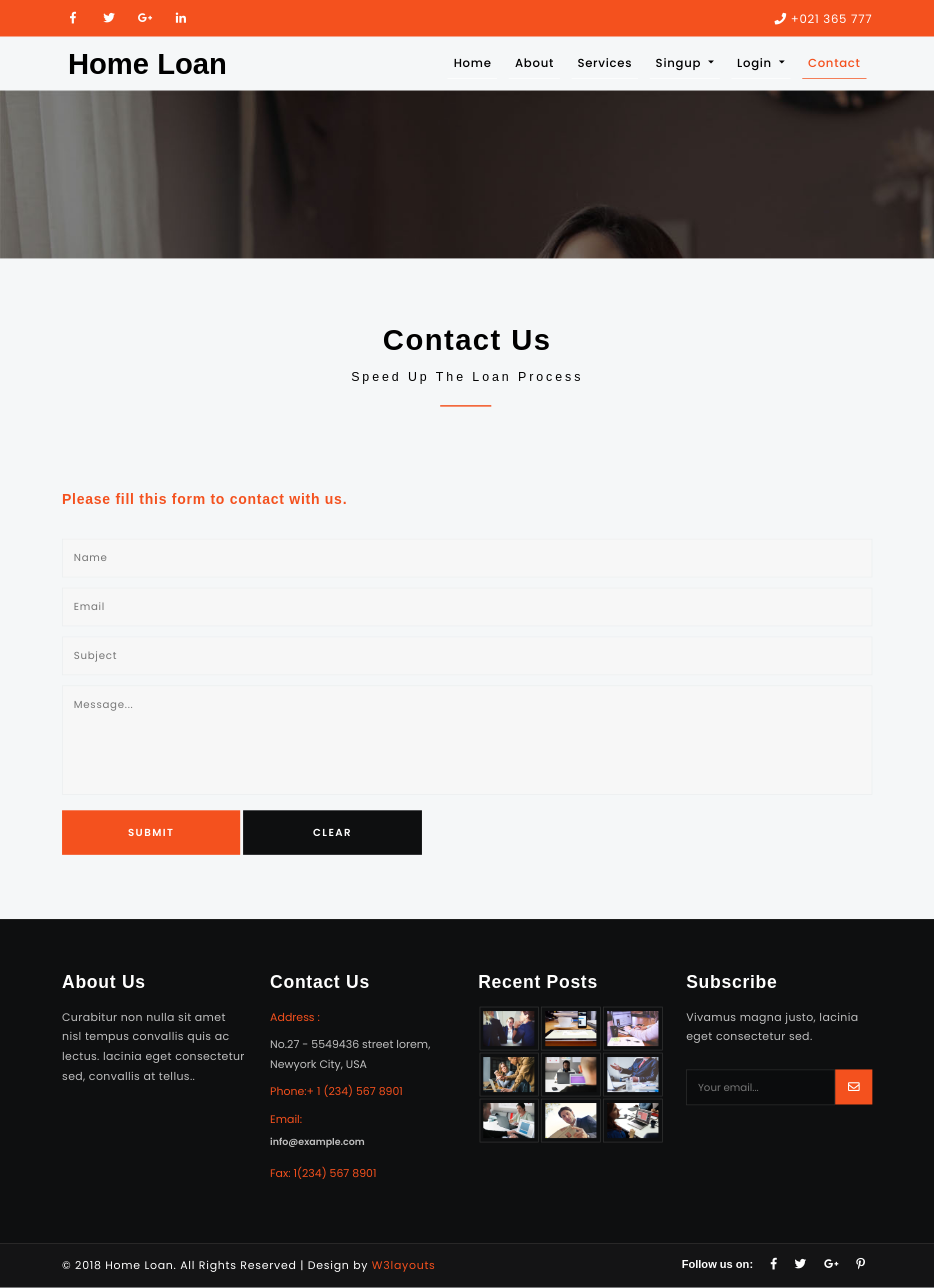
Repository: 72-faisal/Spring-MVC-project
Page: http://localhost/HomeLoan/WEB-INF/views/UserRegister.jsp
These files come from the project's save history. The page is drawn as it stood at one moment and after the next save; the edit follows.
The browser window is 1280 px wide. The pictures show the whole page, at 73% of full size.
Some web fonts or font styles are not loaded; a fallback is used. The page is served by Tomcat 9. Nobody is signed in. The template is opened directly, without the code that normally fills it, so the values that code supplies are empty.

Above is the page before, as saved 2023-12-27 03:55:20.

After the next save:
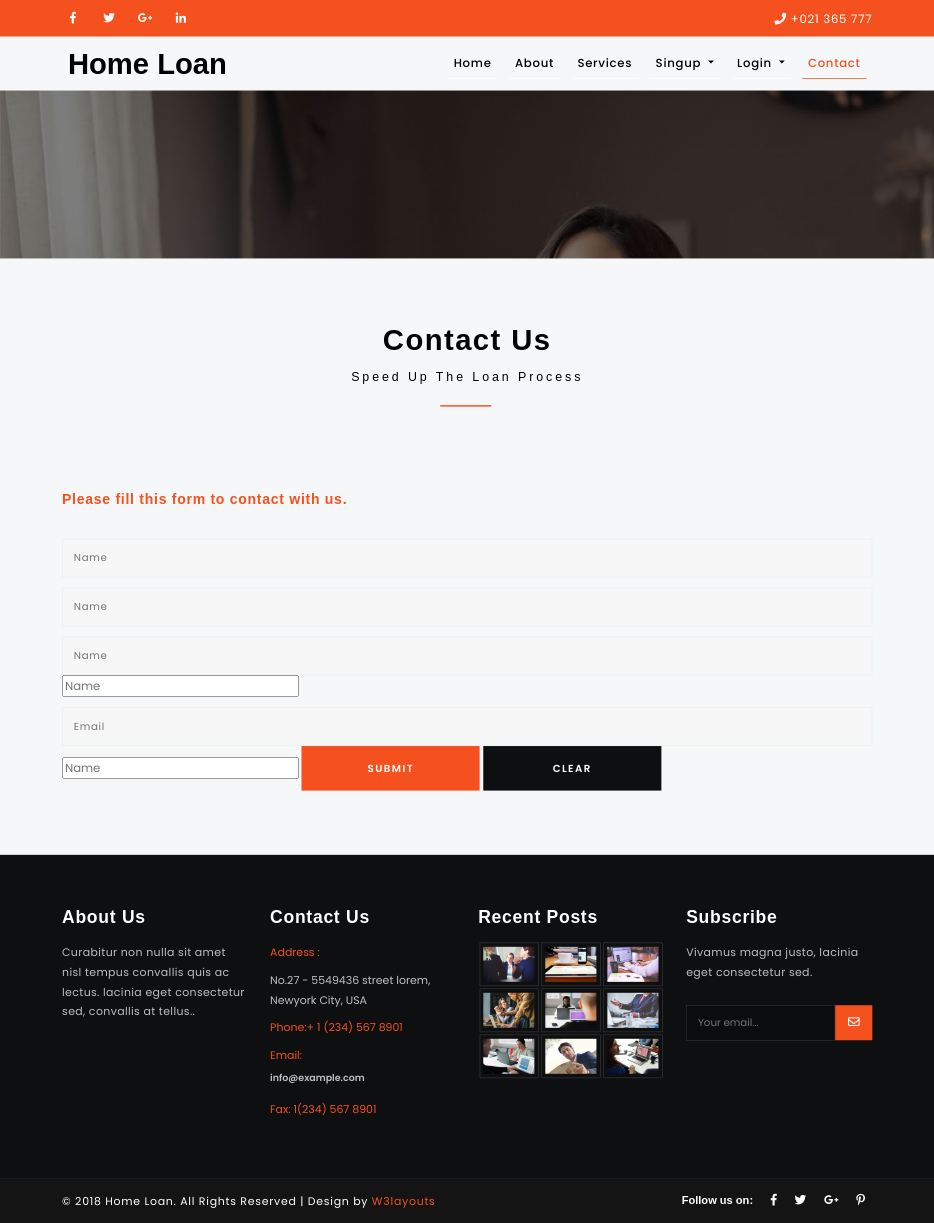
Saved 2 min 2 s later.
--- a/HomeLoan/src/main/webapp/WEB-INF/views/UserRegister.jsp
+++ b/HomeLoan/src/main/webapp/WEB-INF/views/UserRegister.jsp
@@ -131,10 +131,12 @@ SmartPhone Compatible web template, free WebDesigns for Nokia, Samsung, LG, Sony
 					<h6>Please fill this form to contact with us.</h6>
 					<form action="#" method="post">
 						<div class="contact_left_grid">
-							<input type="text" name="Name" placeholder="Name" required="">
-							<input type="email" name="Email" placeholder="Email" required="">
-							<input type="text" name="Subject" placeholder="Subject" required="">
-							<textarea name="Message" onfocus="this.value = '';" onblur="if (this.value == '') {this.value = 'Message...';}" required="">Message...</textarea>
+							<input type="text" name="name" placeholder="Name" required="">
+							<input type="text" name="address" placeholder="Name" required="">
+							<input type="text" name="gender" placeholder="Name" required="">
+							<input type="number" name="contact" placeholder="Name" required="">
+							<input type="email" name="email" placeholder="Email" required="">
+							<input type="password" name="password" placeholder="Name" required="">
 							<input type="submit" value="Submit">
 							<input type="reset" value="Clear">
 							<div class="clearfix"> </div>
